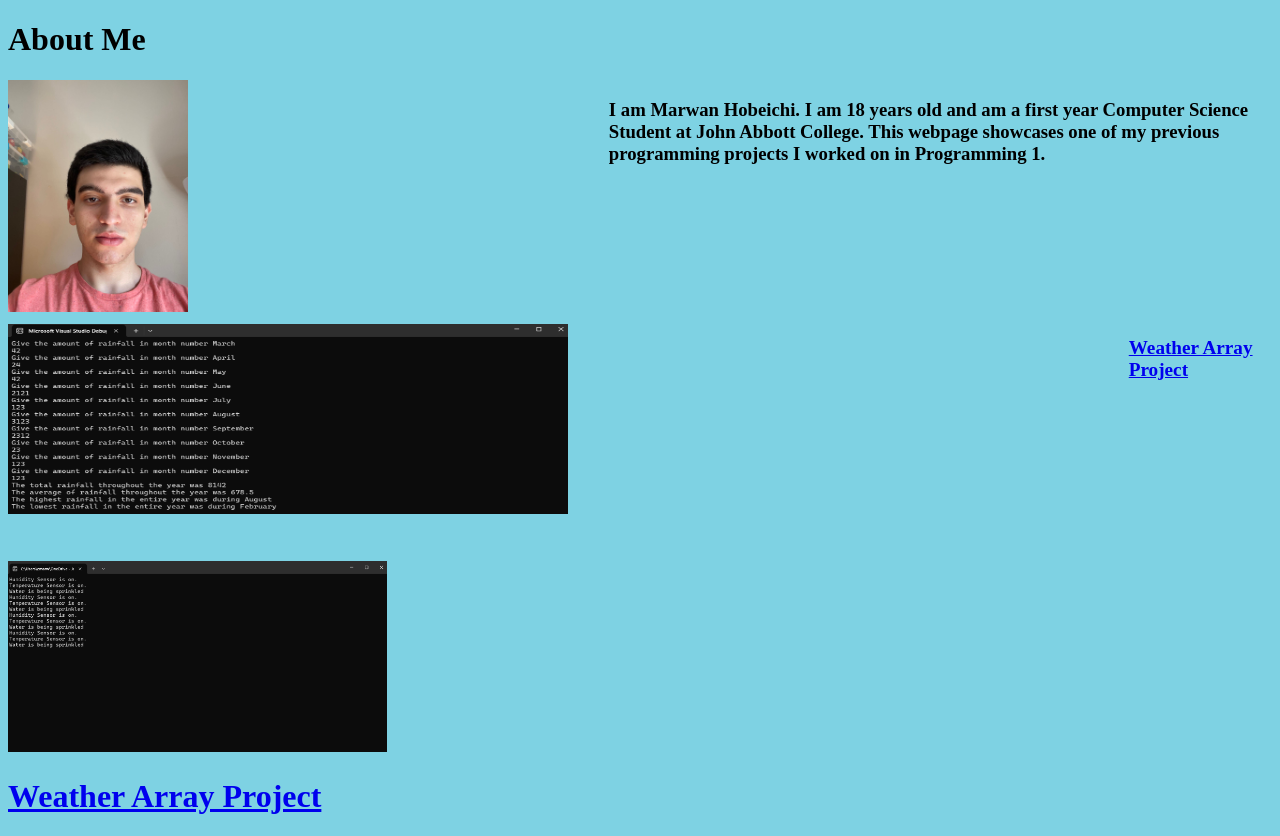
Repository: captainm64/captainm64
Page: index.html
These files come from the project's save history. The page is drawn as it stood at one moment and after the next save; the edit follows.
The browser window is 1280 px wide. The pictures show the whole page.

Above is the page before, as saved 2026-05-12 10:15:46.

### index.html
<!DOCTYPE html>
<html>
    <head>
        <link rel = "stylesheet" href = "./styles/index.css" />
         <link rel = "stylesheet" href = "./styles/global.css" />
         <title>HomePage</title>
    </head>
<body>
<Header id = "Title">
<main>
<h1> About Me </h1>

<div class = "Me">

 <div>
 <img src="../../assets/images/Marwan.jpg" alt = "Marwan Hobeichi looking at the camera"/>
 </div>

 <h3> I am Marwan Hobeichi. I am 18 years old and am a first year Computer Science Student at John Abbott College. This webpage showcases one of my previous programming projects I worked on in Programming 1.</h3>

</div>



<div class = "projtxt">

 <div>
 <img src="../../assets/images/demo2.png" alt = "Demonstration of an old project"/>
 </div>

 <a href = projectshow.html><h1>Weather Array Project</h1></a>

</div>

<div class = "projtxt2">

 <div>
 <img src="../../assets/images/demo3.png" alt = "Demonstration of an old project"/>
 </div>

 <a href = projectshow.html><h1>Weather Array Project</h1></a>

</div>
</main>

### styles/index.css
html{
   background-color: rgb(126, 210, 227);
}


img{

   height: 55%;
   width: 45%;
}

.Me{

   display: flex;

   flex-direction: column;
}

.projtxt{

   display: flex;

   flex-direction: column;

}

.projtxt img {

   height: 100%;
   width: 100%

}

.demos{

   display: flex;

   justify-content: space-evenly;

   flex-direction: column;

}

.demos{

   height: 50rem;
   width: 80rem
}

#Main{

font-size: 30rem;
font-family: "timesnewromanbold";
color: rgb(0, 0, 0);


}


/*Tablet*/
@media (min-width: 768px) {

    img{

   height: 95%;
   width: 50%;
   }

   .Me{

   display: flex;

   flex-direction: row;
   }

.projtxt{

      display: flex;
      flex-direction: row;
      font-size: 80%

   }

   .projtxt img {

   width: 50%

  }

  .demos{

   height: 70%;
   width: 150%;


   display: flex;
   flex-direction: row
}

}

/* laptop */
@media(min-width: 1025px)
{
     img{

   height: 95%;
   width: 30%;
   }


  .Me{

   display: flex;

   flex-direction: row;
   }

   .projtxt{

          display: flex;

      flex-direction: row;

      font-size: 60%
   }


   .projtxt img {

   height: 80%

  }

  .demos{

   height: 70%;
   width: 150%;
    display: flex;
    justify-content: left;
   flex-direction: row
}

}

### styles/global.css

@font-face {

    font-family: "timesnewroman";
    src: url(/assests/fonts/timesnewroman.ttf);
}

After the next save:
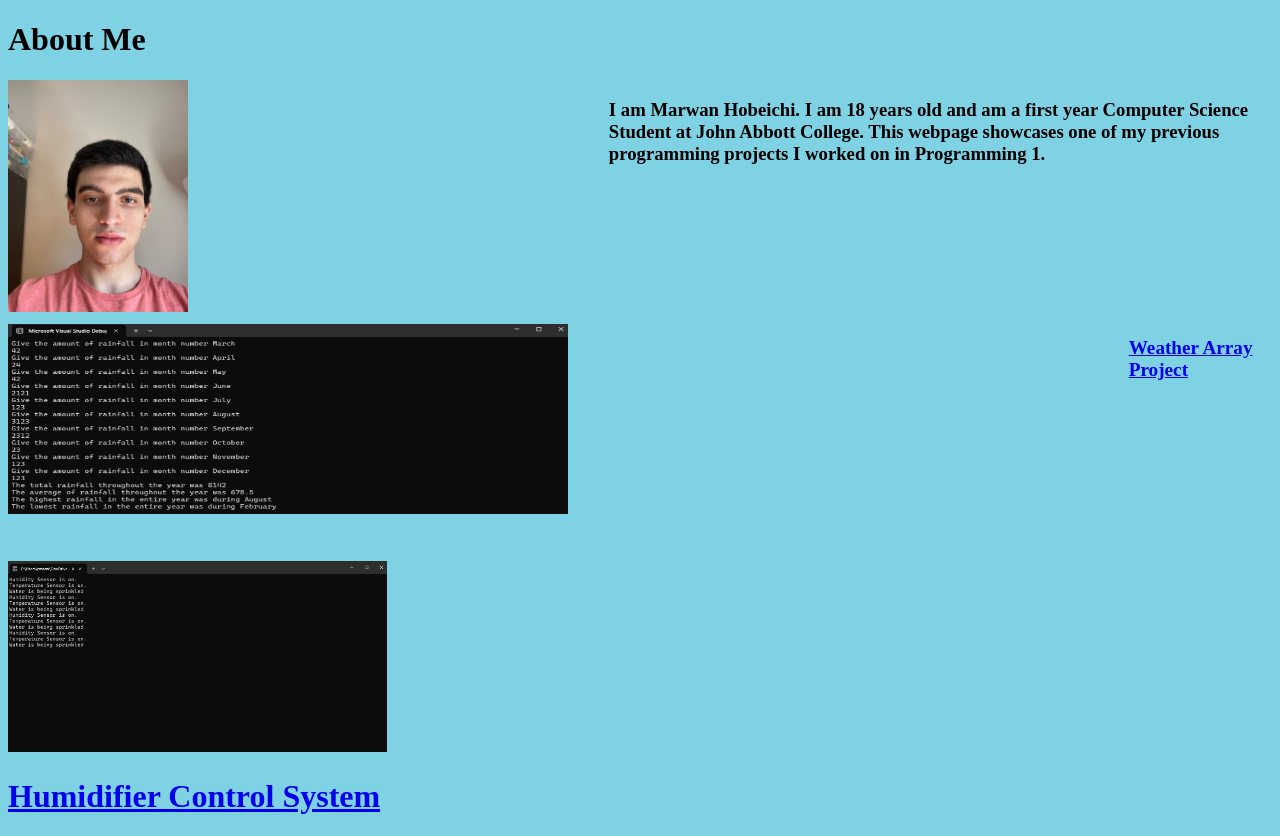
Saved 2 min 22 s later.
--- a/index.html
+++ b/index.html
@@ -38,7 +38,7 @@
  <img src="../../assets/images/demo3.png" alt = "Demonstration of an old project"/>
  </div>
 
- <a href = projectshow.html><h1>Weather Array Project</h1></a>
+ <a href = projectshow2.html><h1>Humidifier Control System</h1></a>
 
 </div>
 </main>
